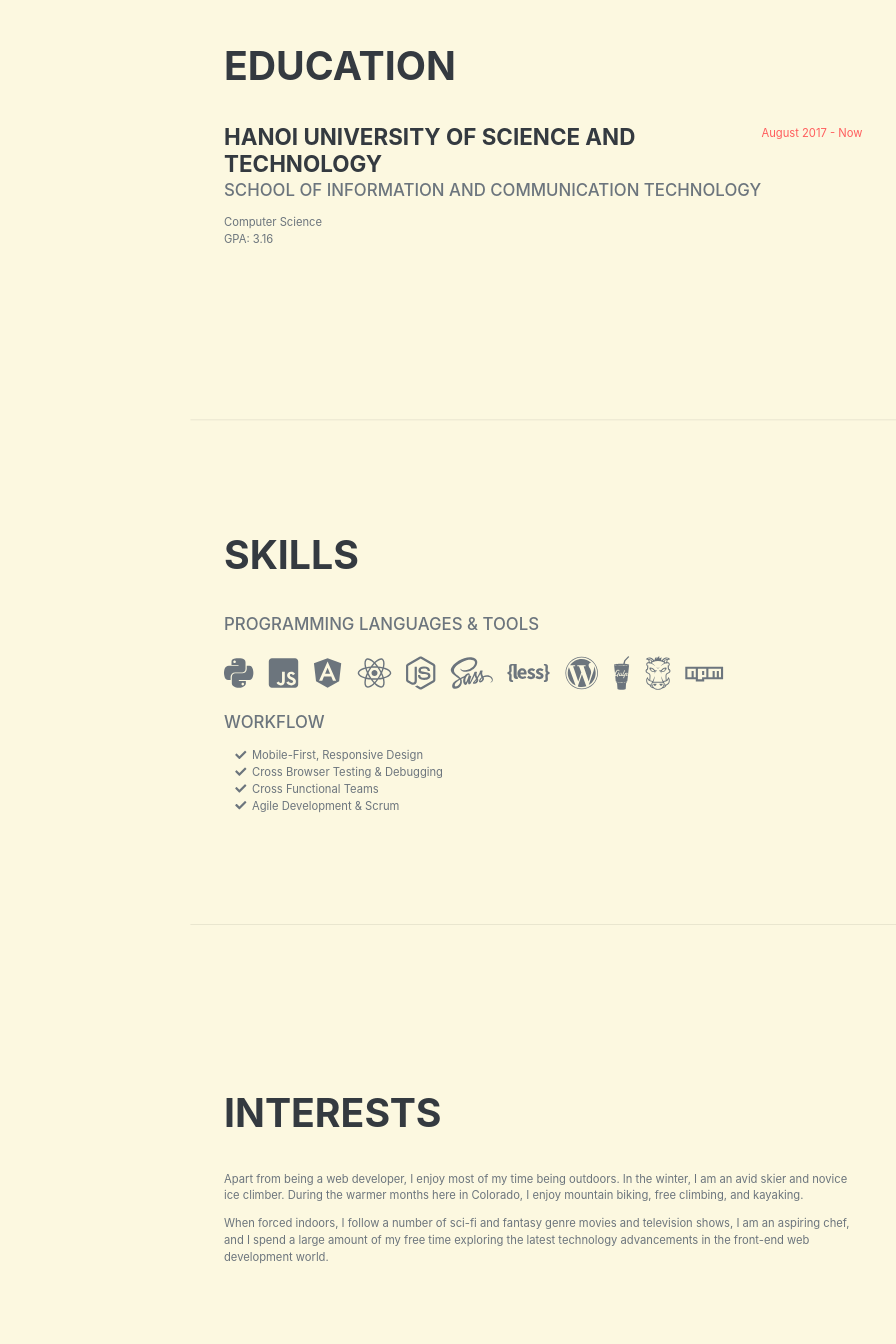
Repository: nguyenlcc/Online-CV
Page: index.html
The author's editor kept a copy of each file at every save. The page is drawn from the files as they stood at one save, then again after the next save.
The browser window is 1280 px wide. The pictures show the part of the page from y = 1869 to 3789 px (the page is 4631 px tall), at 70% of full size.
Some icons come from a web library that is not loaded, so they are not drawn. Some web fonts or font styles are not loaded; a fallback is used. Some web libraries are served in a nearby version.

Above is the page before, as saved 2022-05-23 01:08:39.

After the next save:
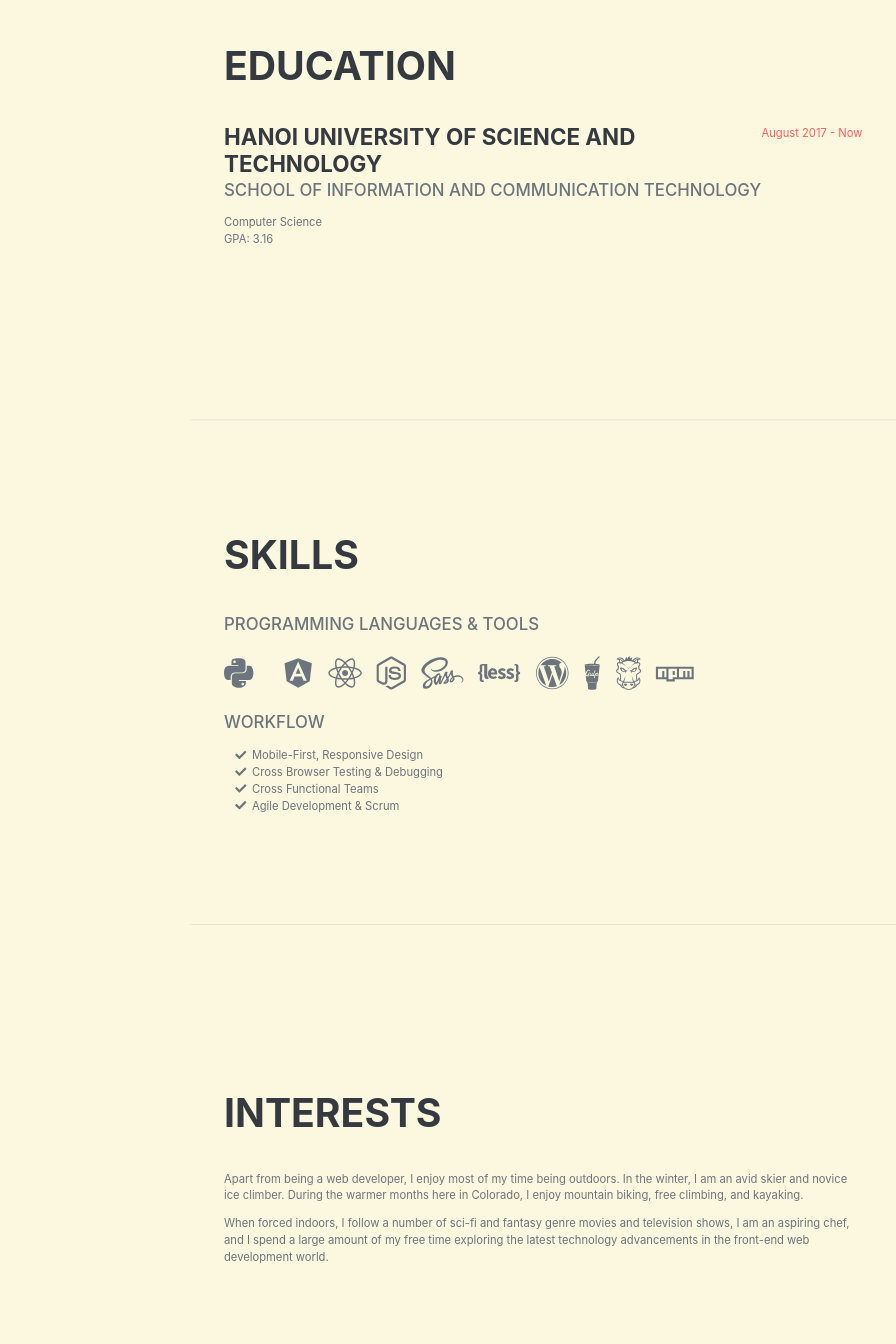
Saved 7 min 42 s later.
--- a/index.html
+++ b/index.html
@@ -217,8 +217,7 @@
           <div class="subheading mb-3">Programming Languages & Tools</div>
           <ul class="list-inline dev-icons">
             <li class="list-inline-item"><i class="fab fa-python"></i></li>
-            <span class="iconify" data-icon="logos:tensorflow"></span>
-            <li class="list-inline-item"><i class="fab fa-js-square"></i></li>
+            <li class="list-inline-item"><i class="contacts"></i></li>
             <li class="list-inline-item"><i class="fab fa-angular"></i></li>
             <li class="list-inline-item"><i class="fab fa-react"></i></li>
             <li class="list-inline-item"><i class="fab fa-node-js"></i></li>

After the save that followed:
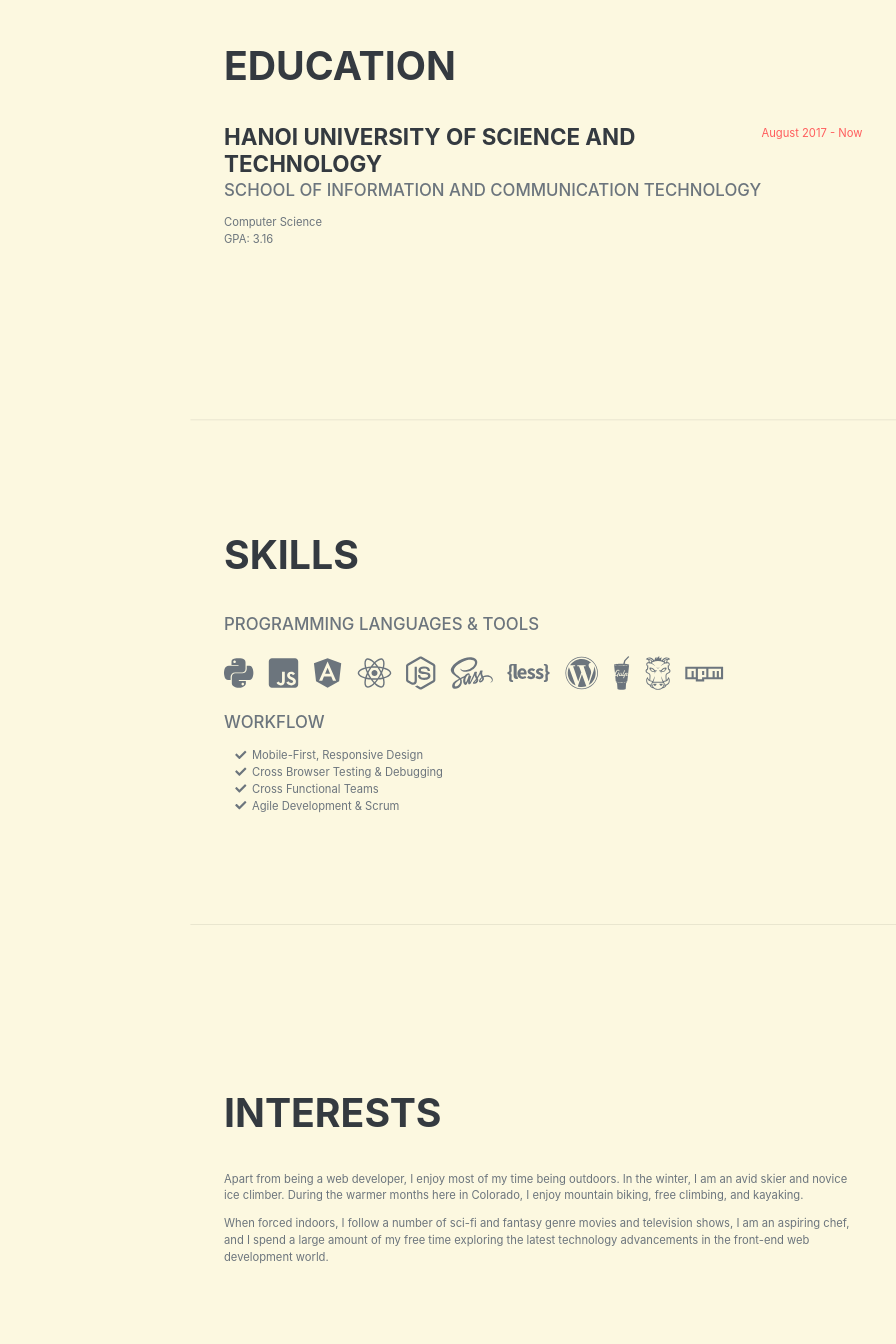
Saved 28 s later.
--- a/index.html
+++ b/index.html
@@ -217,7 +217,7 @@
           <div class="subheading mb-3">Programming Languages & Tools</div>
           <ul class="list-inline dev-icons">
             <li class="list-inline-item"><i class="fab fa-python"></i></li>
-            <li class="list-inline-item"><i class="contacts"></i></li>
+            <li class="list-inline-item"><i class="fab fa-js-square"></i></li>
             <li class="list-inline-item"><i class="fab fa-angular"></i></li>
             <li class="list-inline-item"><i class="fab fa-react"></i></li>
             <li class="list-inline-item"><i class="fab fa-node-js"></i></li>
